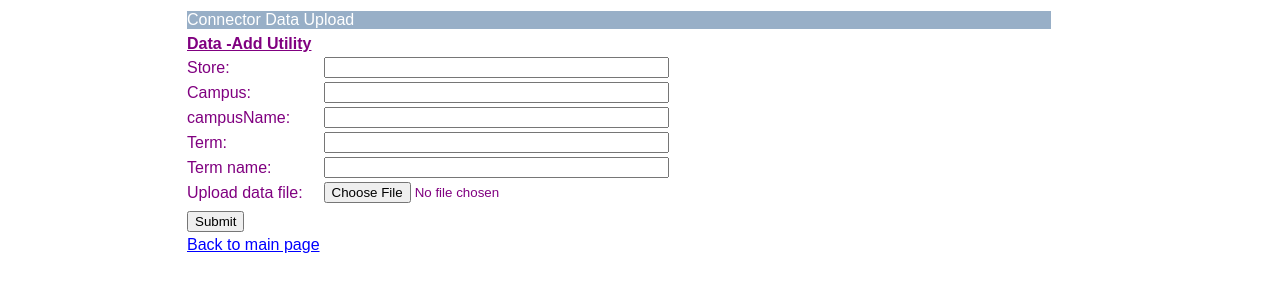
Repository: caditya/Dataupload
Page: http://localhost/connectordata/WEB-INF/views/datainput.jsp
The author's editor kept a copy of each file at every save. The page is drawn from the files as they stood at one save, then again after the next save.
The browser window is 1280 px wide. The pictures show the whole page.
Some web libraries are served in a nearby version. The page is served by Tomcat 9. Nobody is signed in. The template is opened directly, without the code that normally fills it, so the values that code supplies are empty.

Above is the page before, as saved 2014-07-17 22:05:29.

After the next save:
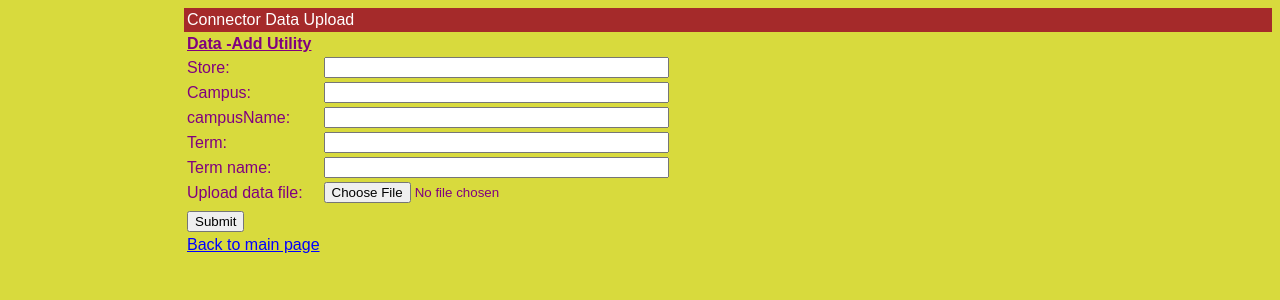
Saved 15 s later.
--- a/QAFileUpload/connectordata/src/main/webapp/resources/css/coffee.css
+++ b/QAFileUpload/connectordata/src/main/webapp/resources/css/coffee.css
@@ -4,7 +4,7 @@ body {
   font-family: Georgia, "Times New Roman",
         Times, serif;
   color: purple;
-  background-color: #FFFFFF }
+  background-color: #d8da3d }
 ul.navbar {
   list-style-type: none;
   padding: 0;
@@ -34,7 +34,7 @@ address {
 
 p.pHeading {
  	color: white;
- 	background:#98AFC7;
+ 	background:brown;
  }
  td.center {
     /* <http://www.w3.org/wiki/CSS/Properties/text-align>
@@ -61,7 +61,7 @@ p.pHeading {
 }
 .table_header{
 	width: 100%;
-	background-color: table_header;
+	background-color: brown;
 }
 td {
 	font: caption;
